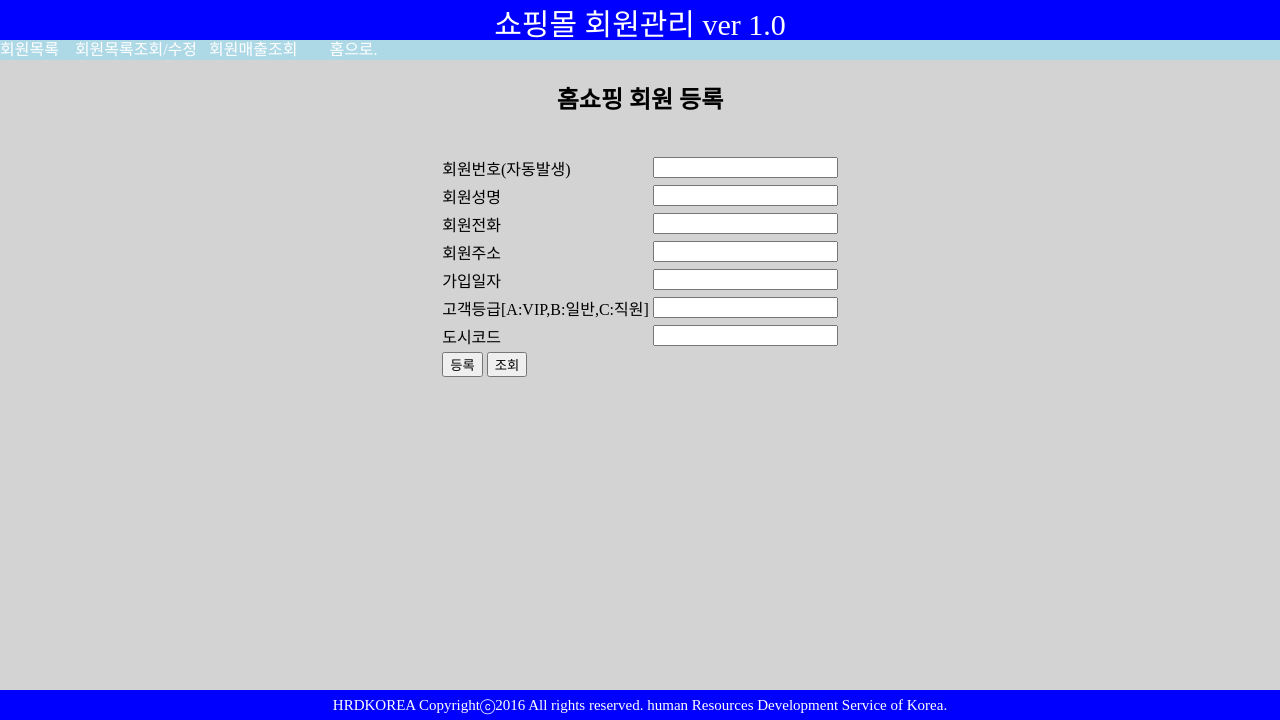
Repository: RnfElwl/youtube_infoT
Page: http://localhost/HRD_30812/join.jsp
The author's editor kept a copy of each file at every save. The page is drawn from the files as they stood at one save, then again after the next save.
The browser window is 1280 px wide. The pictures show the whole page.
The page is served by Tomcat 9.

Above is the page before, as saved 2022-03-12 09:53:26.

After the next save:
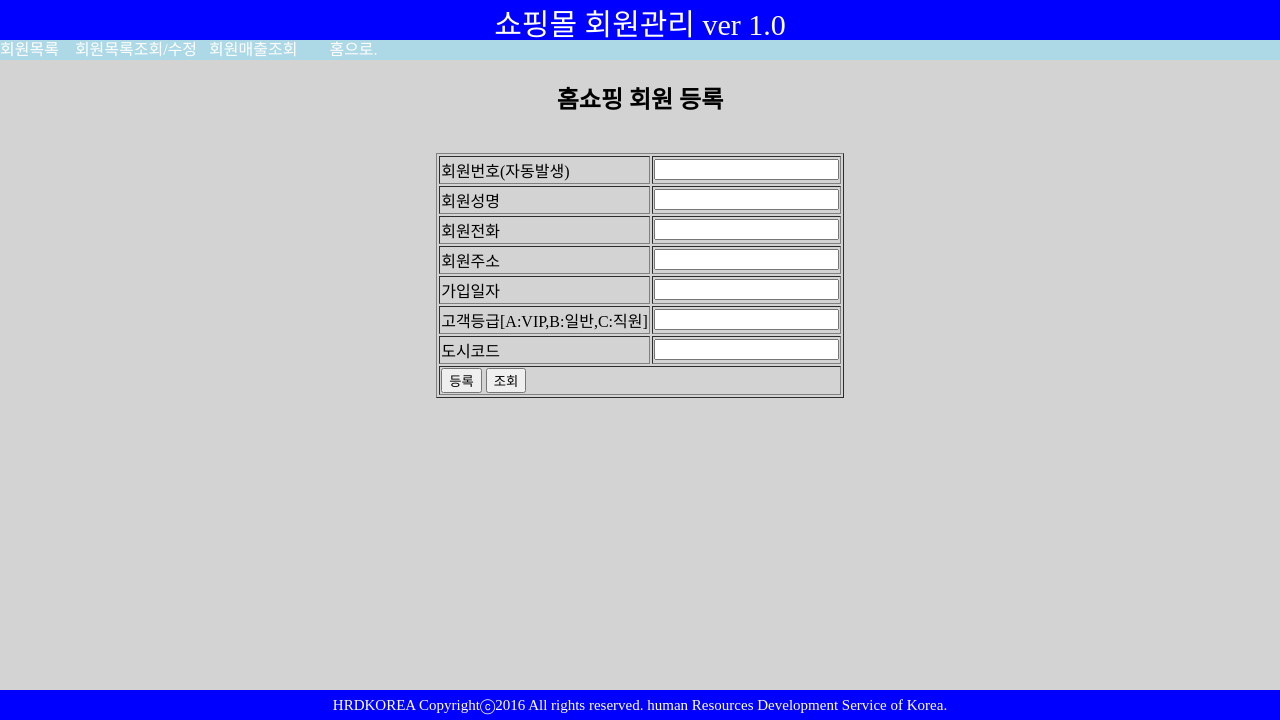
Saved 2 h 27 min later.
--- a/HRD_30812/src/main/webapp/join.jsp
+++ b/HRD_30812/src/main/webapp/join.jsp
@@ -11,7 +11,7 @@
 	<section style="position:fixed; top:60px; width:100%; height:100%; background-color:lightgray ">
 	 <h2 style="text-align:center">홈쇼핑 회원 등록</h2><br>
 	 <form name="frm" style="display:flex; justify-content: center; align-items: center;">
-	 <table style="border="1">
+	 <table border="1">
 	 <tr>
 	 	<td>회원번호(자동발생)</td>
 	 	<td><input type="text" name="custnum" readonly></td>
